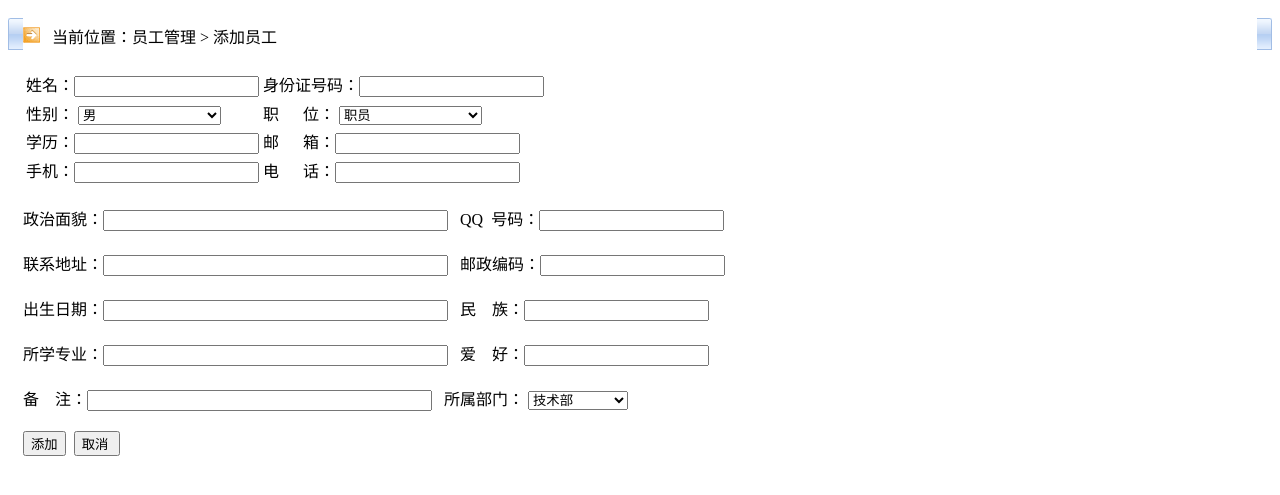
Repository: YUNjwyao/vue_hrm
Page: /#/employee
These files come from the project's save history. The page is drawn as it stood at one moment and after the next save; the edit follows.
The browser window is 1280 px wide. The pictures show the whole page.
The project was rebuilt for these pictures with package versions that can differ from the ones it lists, and the page was loaded fresh each time.

Above is the page before, as saved 2020-10-15 16:32:33.

After the next save:
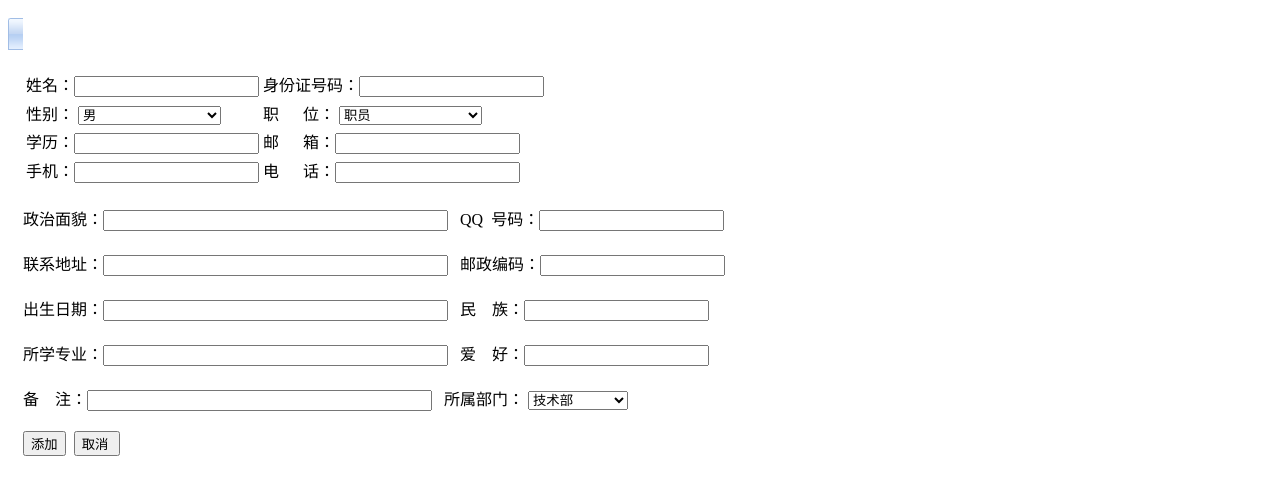
Saved 86 s later.
--- a/src/components/Employee/EmployeeQuery.vue
+++ b/src/components/Employee/EmployeeQuery.vue
@@ -4,8 +4,8 @@
   <tr><td height="10"></td></tr>
   <tr>
     <td width="15" height="32"><img src="../../assets/images/main_locleft.gif" width="15" height="32"></td>
-	<td class="main_locbg font2"><img src="../../assets/images/pointer.gif">&nbsp;&nbsp;&nbsp;当前位置：员工管理  &gt; 添加员工</td>
-	<td width="15" height="32"><img src="../../assets/images/main_locright.gif" width="15" height="32"></td>
+	<!-- <td class="main_locbg font2"><img src="../../assets/images/pointer.gif">&nbsp;&nbsp;&nbsp;当前位置：员工管理  &gt; 添加员工</td>
+	<td width="15" height="32"><img src="../../assets/images/main_locright.gif" width="15" height="32"></td> -->
   </tr>
 </table>
 <table width="100%" height="90%" border="0" cellpadding="5" cellspacing="0" class="main_tabbor">

After the save that followed:
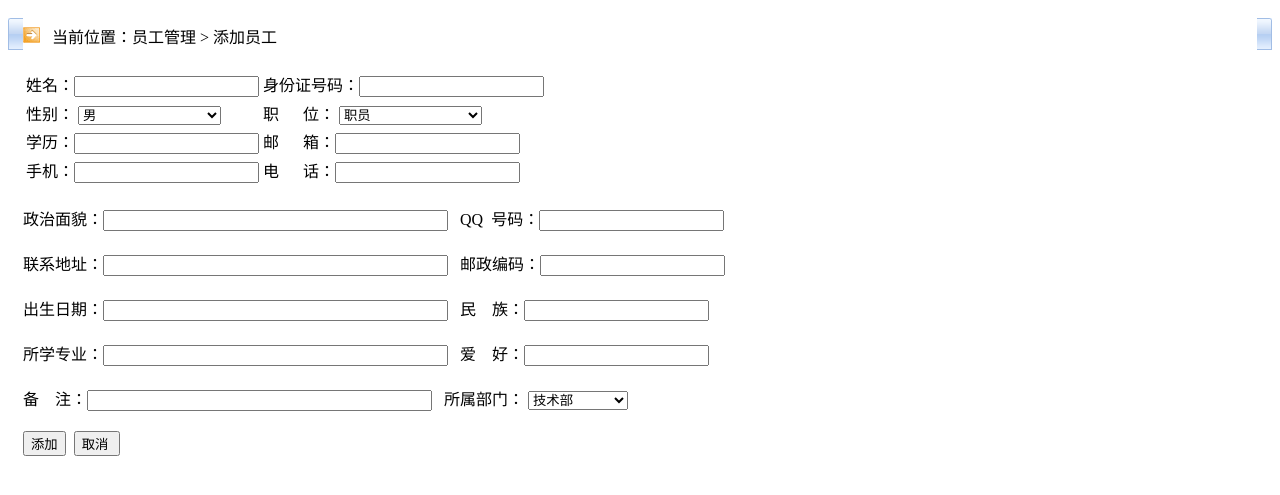
Saved 2 min 33 s later.
--- a/src/components/Employee/EmployeeQuery.vue
+++ b/src/components/Employee/EmployeeQuery.vue
@@ -4,8 +4,8 @@
   <tr><td height="10"></td></tr>
   <tr>
     <td width="15" height="32"><img src="../../assets/images/main_locleft.gif" width="15" height="32"></td>
-	<!-- <td class="main_locbg font2"><img src="../../assets/images/pointer.gif">&nbsp;&nbsp;&nbsp;当前位置：员工管理  &gt; 添加员工</td>
-	<td width="15" height="32"><img src="../../assets/images/main_locright.gif" width="15" height="32"></td> -->
+	<td class="main_locbg font2"><img src="../../assets/images/pointer.gif">&nbsp;&nbsp;&nbsp;当前位置：员工管理  &gt; 添加员工</td>
+	<td width="15" height="32"><img src="../../assets/images/main_locright.gif" width="15" height="32"></td>
   </tr>
 </table>
 <table width="100%" height="90%" border="0" cellpadding="5" cellspacing="0" class="main_tabbor">
